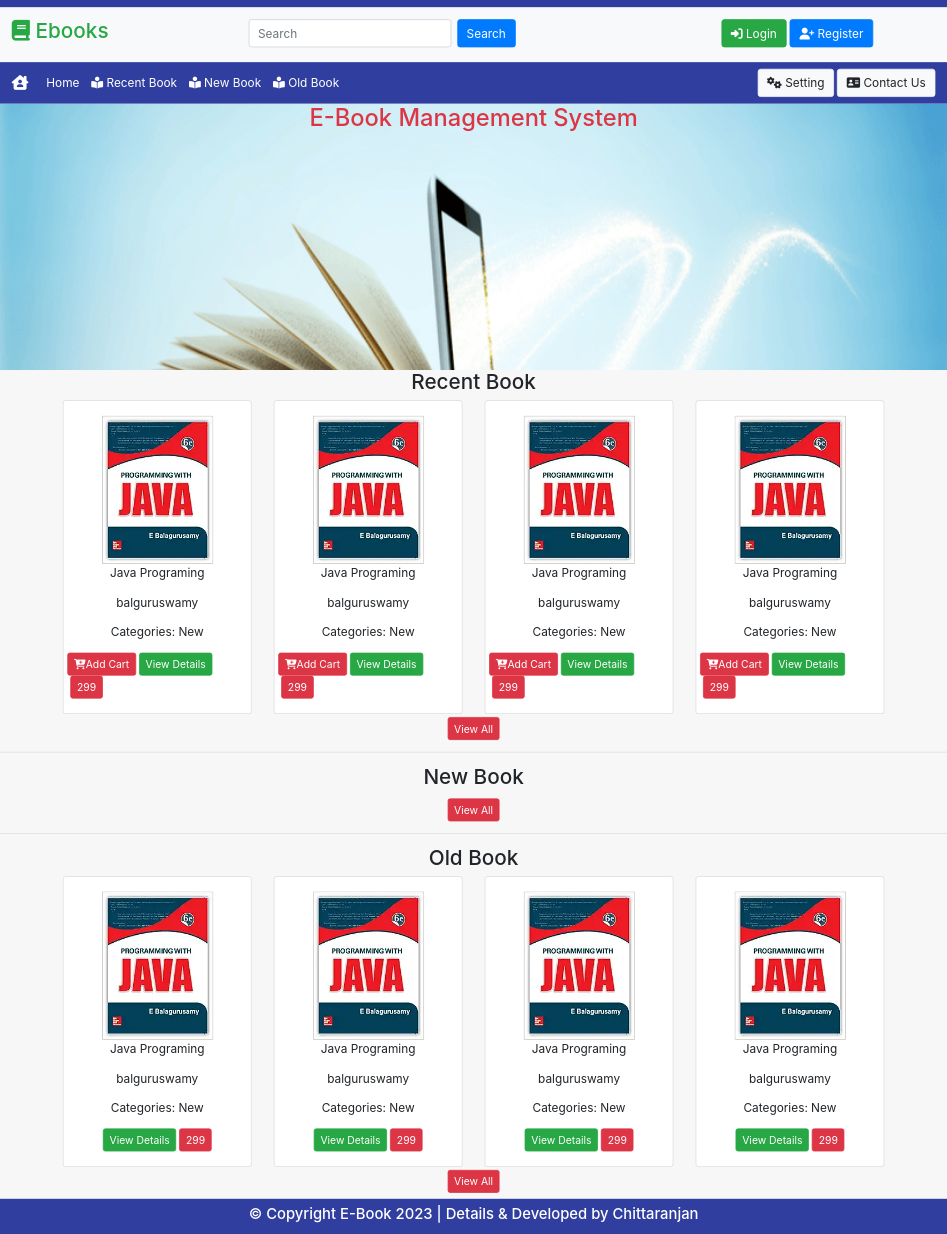
Repository: chittaranjan24/E-Books_Management_System
Page: http://localhost/Ebook-App/
These files come from the project's save history. The page is drawn as it stood at one moment and after the next save; the edit follows.
The browser window is 1280 px wide. The pictures show the whole page, at 74% of full size.
Some web libraries are served in a nearby version. The page is served by Tomcat 9. Other server files are loaded and not shown. Queries for data that is not in the repository find no rows.

Above is the page before, as saved 2023-08-28 19:25:37.

### Ebook-App/src/main/webapp/index.jsp
<%@page import="com.entity.BookDtls"%>
<%@page import="java.util.List"%>
<%@page import="com.DAO.BookDAOImpl"%>
<%@page import="com.DB.DBConnect"%>
<%@page import="java.sql.Connection"%>
<%@ page language="java" contentType="text/html; charset=UTF-8"
	pageEncoding="UTF-8"%>
<!DOCTYPE html>
<html>
<head>
<meta charset="UTF-8">
<title>Ebook: Index</title>
<%@include file="all_component/allCss.jsp"%>
<style type="text/css">
.back-img {
	background: url("img/img1.jpg");
	height: 50vh;
	width: 100%;
	background-repeat: no-repeat;
	background-size: cover;
}

.crd-ho:hover {
	background-color: #fcf7f7;
}
</style>
</head>
<body style="background-color: #f7f7f7;">
	<%@include file="all_component/navbar.jsp"%>
	<div class="container-fluid back-img">
		<h2 class="text-center text-danger">E-Book Management System</h2>
	</div>


	<!-- Start Recent Book -->

	<div class="container">
		<h3 class="text-center">Recent Book</h3>
		<div class="row">
			<div class="col-md-3">
				<div class="card crd-ho">
					<div class="card-body text-center">
						<img alt="" src="img/b.jpg" style="width: 150px; height: 200px"
							class="img-thumblin">
						<p>Java Programing</p>
						<p>balguruswamy</p>
						<p>Categories: New</p>
						<div class="row">
							<a href="" class="btn btn-danger btn-sm ml=2"><i
								class="fa-solid fa-cart-plus"></i>Add Cart</a> <a href=""
								class="btn btn-success btn-sm ml-1">View Details</a> <a href=""
								class="btn btn-danger btn-sm ml-1">299</a>
						</div>
					</div>
				</div>
			</div>

			<div class="col-md-3">
				<div class="card crd-ho">
					<div class="card-body text-center">
						<img alt="" src="img/b.jpg" style="width: 150px; height: 200px"
							class="img-thumblin">
						<p>Java Programing</p>
						<p>balguruswamy</p>
						<p>Categories: New</p>
						<div class="row">
							<a href="" class="btn btn-danger btn-sm ml=2"><i
								class="fa-solid fa-cart-plus"></i>Add Cart</a> <a href=""
								class="btn btn-success btn-sm ml-1">View Details</a> <a href=""
								class="btn btn-danger btn-sm ml-1">299</a>
						</div>
					</div>
				</div>
			</div>

			<div class="col-md-3">
				<div class="card crd-ho">
					<div class="card-body text-center">
						<img alt="" src="img/b.jpg" style="width: 150px; height: 200px"
							class="img-thumblin">
						<p>Java Programing</p>
						<p>balguruswamy</p>
						<p>Categories: New</p>
						<div class="row">
							<a href="" class="btn btn-danger btn-sm ml=2"><i
								class="fa-solid fa-cart-plus"></i>Add Cart</a> <a href=""
								class="btn btn-success btn-sm ml-1">View Details</a> <a href=""
								class="btn btn-danger btn-sm ml-1">299</a>
						</div>
					</div>
				</div>
			</div>

			<div class="col-md-3">
				<div class="card crd-ho">
					<div class="card-body text-center">
						<img alt="" src="img/b.jpg" style="width: 150px; height: 200px"
							class="img-thumblin">
						<p>Java Programing</p>
						<p>balguruswamy</p>
						<p>Categories: New</p>
						<div class="row">
							<a href="" class="btn btn-danger btn-sm ml=2"><i
								class="fa-solid fa-cart-plus"></i>Add Cart</a> <a href=""
								class="btn btn-success btn-sm ml-1">View Details</a> <a href=""
								class="btn btn-danger btn-sm ml-1">299</a>
						</div>
					</div>
				</div>
			</div>

		</div>

		<div class="text-center mt-1">
			<a href="" class="btn btn-danger btn-sm text-white">View All</a>
		</div>

	</div>

	<!-- End Recent Book -->

	<hr>

	<!-- Start New Book -->

	<div class="container">
		<h3 class="text-center">New Book</h3>
		<div class="row">

				<%
				BookDAOImpl dao = new BookDAOImpl(DBConnect.getConn());
				List<BookDtls> list = dao.getNewBook();
				for (BookDtls b : list) {
				%>

				<div class="col-md-3">
				<div class="card crd-ho">
					<div class="card-body text-center">
						<img alt="" src="book/<%=b.getPhotoName() %>" style="width: 150px; height: 200px"
							class="img-thumblin">
						<p><%=b.getBookName() %></p>
						<p><%=b.getAuthor() %></p>
						<p>Categories: <%=b.getStatus() %></p>
						<div class="row">
							<a href="" class="btn btn-danger btn-sm ml=2">
							<i class="fa-solid fa-cart-plus"></i>Add Cart</a>
							 <a href="" class="btn btn-success btn-sm ml-1">View Details</a>
							 <a href="" class="btn btn-danger btn-sm ml-1"><%=b.getPrice() %></a>
						</div>
					</div>
				</div>
				</div>

				<%
				}
				%>

		</div>

		<div class="text-center mt-1">
			<a href="" class="btn btn-danger btn-sm text-white">View All</a>
		</div>

	</div>

	<!-- End New Book -->

	<hr>

	<!-- Start Old Book -->

	<div class="container">
		<h3 class="text-center">Old Book</h3>
		<div class="row">
			<div class="col-md-3">
				<div class="card crd-ho">
					<div class="card-body text-center">
						<img alt="" src="img/b.jpg" style="width: 150px; height: 200px"
							class="img-thumblin">
						<p>Java Programing</p>
						<p>balguruswamy</p>
						<p>Categories: New</p>
						<div class="row">
							<a href="" class="btn btn-success btn-sm ml-5">View Details</a> <a
								href="" class="btn btn-danger btn-sm ml-1">299</a>
						</div>
					</div>
				</div>
			</div>

			<div class="col-md-3">
				<div class="card crd-ho">
					<div class="card-body text-center">
						<img alt="" src="img/b.jpg" style="width: 150px; height: 200px"
							class="img-thumblin">
						<p>Java Programing</p>
						<p>balguruswamy</p>
						<p>Categories: New</p>
						<div class="row">
							<a href="" class="btn btn-success btn-sm ml-5">View Details</a> <a
								href="" class="btn btn-danger btn-sm ml-1">299</a>
						</div>
					</div>
				</div>
			</div>

			<div class="col-md-3">
				<div class="card crd-ho">
					<div class="card-body text-center">
						<img alt="" src="img/b.jpg" style="width: 150px; height: 200px"
							class="img-thumblin">
						<p>Java Programing</p>
						<p>balguruswamy</p>
						<p>Categories: New</p>
						<div class="row">
							<a href="" class="btn btn-success btn-sm ml-5">View Details</a> <a
								href="" class="btn btn-danger btn-sm ml-1">299</a>
						</div>
					</div>
				</div>
			</div>

			<div class="col-md-3">
				<div class="card crd-ho">
					<div class="card-body text-center">
						<img alt="" src="img/b.jpg" style="width: 150px; height: 200px"
							class="img-thumblin">
						<p>Java Programing</p>
						<p>balguruswamy</p>
						<p>Categories: New</p>
						<div class="row">
							<a href="" class="btn btn-success btn-sm ml-5">View Details</a> <a
								href="" class="btn btn-danger btn-sm ml-1">299</a>
						</div>
					</div>
				</div>
			</div>

		</div>

		<div class="text-center mt-1">
			<a href="" class="btn btn-danger btn-sm text-white">View All</a>
		</div>

	</div>

	<!-- End Old Book -->

	<%@include file="all_component/footer.jsp"%>

</body>
</html>

### Ebook-App/src/main/webapp/all_component/allCss.jsp
<link rel="stylesheet"
	href="https://cdn.jsdelivr.net/npm/bootstrap@4.0.0/dist/css/bootstrap.min.css"
	integrity="sha384-Gn5384xqQ1aoWXA+058RXPxPg6fy4IWvTNh0E263XmFcJlSAwiGgFAW/dAiS6JXm"
	crossorigin="anonymous">


<script src="https://code.jquery.com/jquery-3.2.1.slim.min.js"
	integrity="sha384-KJ3o2DKtIkvYIK3UENzmM7KCkRr/rE9/Qpg6aAZGJwFDMVNA/GpGFF93hXpG5KkN"
	crossorigin="anonymous"></script>
<script
	src="https://cdn.jsdelivr.net/npm/popper.js@1.12.9/dist/umd/popper.min.js"
	integrity="sha384-ApNbgh9B+Y1QKtv3Rn7W3mgPxhU9K/ScQsAP7hUibX39j7fakFPskvXusvfa0b4Q"
	crossorigin="anonymous"></script>
<script
	src="https://cdn.jsdelivr.net/npm/bootstrap@4.0.0/dist/js/bootstrap.min.js"
	integrity="sha384-JZR6Spejh4U02d8jOt6vLEHfe/JQGiRRSQQxSfFWpi1MquVdAyjUar5+76PVCmYl"
	crossorigin="anonymous"></script>


<link rel="stylesheet"
	href="https://cdnjs.cloudflare.com/ajax/libs/font-awesome/6.4.2/css/all.min.css"
	integrity="sha512-z3gLpd7yknf1YoNbCzqRKc4qyor8gaKU1qmn+CShxbuBusANI9QpRohGBreCFkKxLhei6S9CQXFEbbKuqLg0DA=="
	crossorigin="anonymous" referrerpolicy="no-referrer" />


<link rel="stylesheet" href="all_component/style.css">

### Ebook-App/src/main/webapp/all_component/navbar.jsp
<%@ taglib prefix="c" uri="http://java.sun.com/jsp/jstl/core"%>
<%@page isELIgnored="false" %>

<div class="container-fluid"
	style="height: 10px; background-color: #303f9f"></div>

<div class="container-fluid p-3 bg-light">
	<div class="row">
		<div class="col-md-3 text-success">
			<h3>
				<i class="fa-solid fa-book"></i> Ebooks
			</h3>
		</div>
		<div class="col-md-6">
			<form class="form-inline my-2 my-lg-0" action="search.jsp" method="post">
				<input class="form-control mr-sm-2" type="search" name="ch"
					placeholder="Search" aria-label="Search">
				<button class="btn btn-primary my-2 my-sm-0" type="submit">Search</button>
			</form>
		</div>

		<c:if test="${not empty userobj }">

		<div class="col-md-3">

		<a href="checkout.jsp"><i class="fa-solid fa-cart-arrow-down fa-2x"></i></a>

			<button class="btn btn-success">
			<i class="fa-solid fa-circle-user"></i> ${userobj.name}</button>

			<a href="logout" class="btn btn-primary text-white">
			<i class="fa-solid fa-power-off"></i> Logout</a>
		</div>

		</c:if>

		<c:if test="${empty userobj }">

		<div class="col-md-3">
			<a href="login.jsp" class="btn btn-success"><i
				class="fa-solid fa-right-to-bracket"></i> Login</a> <a
				href="register.jsp" class="btn btn-primary text-white"><i
				class="fa-solid fa-user-plus"></i> Register</a>
		</div>

		</c:if>


	</div>
</div>


<nav class="navbar navbar-expand-lg navbar-dark bg-custom">
	<a class="navbar-brand" href="index.jsp"> <i
		class="fa-solid fa-house-chimney-user"></i>
	</a>
	<button class="navbar-toggler" type="button" data-toggle="collapse"
		data-target="#navbarSupportedContent"
		aria-controls="navbarSupportedContent" aria-expanded="false"
		aria-label="Toggle navigation">
		<span class="navbar-toggler-icon"></span>
	</button>

	<div class="collapse navbar-collapse" id="navbarSupportedContent">
		<ul class="navbar-nav mr-auto">
			<li class="nav-item active"><a class="nav-link" href="index.jsp">Home
					<span class="sr-only">(current)</span>
			</a></li>
			<li class="nav-item active"><a class="nav-link" href="all_recent_book.jsp"> <i
					class="fa-solid fa-book-open-reader"></i> Recent Book
			</a></li>
			<li class="nav-item active"><a class="nav-link" href="all_new_book.jsp"> <i
					class="fa-solid fa-book-open-reader"></i> New Book
			</a></li>

			<li class="nav-item active"><a class="nav-link disabled"
				href="all_old_book.jsp"> <i class="fa-solid fa-book-open-reader"></i> Old Book
			</a></li>
		</ul>
		<form class="form-inline my-2 my-lg-0">

			<a href="setting.jsp" class="btn btn-light my-2 my-sm-0" type="submit">
				<i class="fa-solid fa-gears"></i> Setting
			</a>
			<a href="helpline.jsp" class="btn btn-light my-2 my-sm-0 ml-1" type="submit">
				<i class="fa-solid fa-address-card"></i> Contact Us
			</a>

		</form>
	</div>
</nav>

### Ebook-App/src/main/webapp/all_component/footer.jsp
<div class="container-fluid text-center text-white p-2 mt-2"
	style="background-color: #303f9f;">
	<h5>&copy; Copyright E-Book 2023 | Details &amp; Developed by Chittaranjan</h5>
</div>

### Ebook-App/src/main/java/com/DAO/BookDAO.java
package com.DAO;

import java.util.ArrayList;
import java.util.List;

import com.entity.BookDtls;

public interface BookDAO {

	public boolean addBooks(BookDtls b);

	public List<BookDtls> getAllBooks();

	public BookDtls getBookById(int id);

	public boolean updateEditBooks(BookDtls b);

	public boolean deleteBooks(int id);

	public List<BookDtls> getNewBook();

	public List<BookDtls> getRecentBooks();

	public List<BookDtls> getOldooks();

	public List<BookDtls> getAllRecentBooks();

	public List<BookDtls> getAllNewBooks();

	public List<BookDtls> getAllOldBooks();

	public List<BookDtls> getBookByOld(String email, String cate);

	public boolean oldBookDelete(String email, String cate, int id);

	public List<BookDtls> getBookBySeech(String ch);

}

### Ebook-App/src/main/java/com/DB/DBConnect.java
package com.DB;

import java.sql.Connection;
import java.sql.DriverManager;

public class DBConnect {

	private static Connection conn;

	public static Connection getConn() {

		try {

			Class.forName("com.mysql.cj.jdbc.Driver");
			conn=DriverManager.getConnection("jdbc:mysql://localhost:3306/ebook-app","root","root");

		} catch (Exception e) {
			e.printStackTrace();
		}

		return conn;

	}
}

### Ebook-App/src/main/webapp/all_component/style.css
.bg-custom{
	background-color: #303f9f;
}

.navbar .nav-item:hover .nav-link {
	background-color: white;
	color: #303f9f;
	border-radius: 15px;
}

Loaded but not shown: Ebook-App/src/main/java/com/DAO/BookDAOImpl.java (457 lines, source omitted)

After the next save:
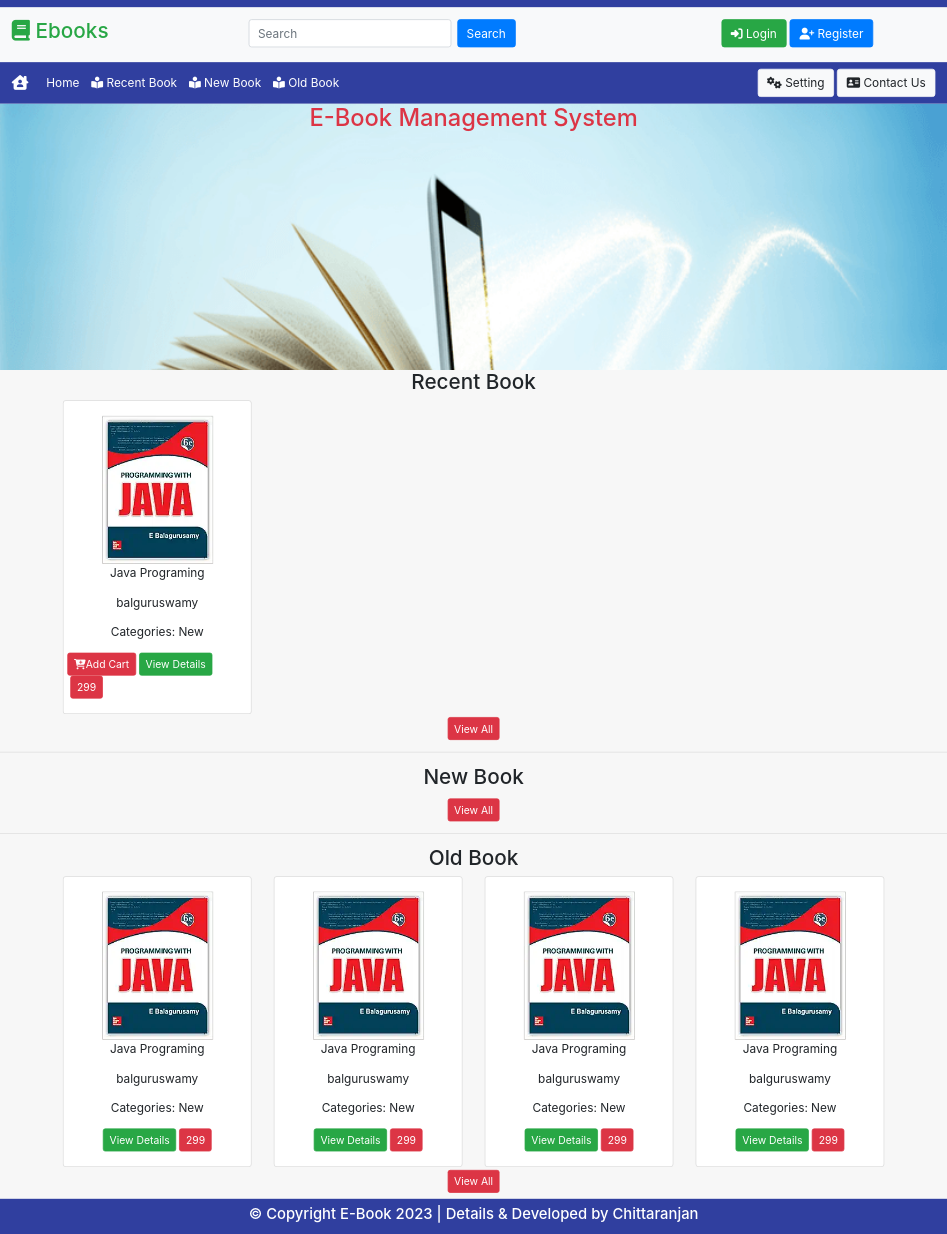
Saved 15 min 29 s later.
--- a/Ebook-App/src/main/webapp/index.jsp
+++ b/Ebook-App/src/main/webapp/index.jsp
@@ -37,59 +37,11 @@
 	<div class="container">
 		<h3 class="text-center">Recent Book</h3>
 		<div class="row">
-			<div class="col-md-3">
-				<div class="card crd-ho">
-					<div class="card-body text-center">
-						<img alt="" src="img/b.jpg" style="width: 150px; height: 200px"
-							class="img-thumblin">
-						<p>Java Programing</p>
-						<p>balguruswamy</p>
-						<p>Categories: New</p>
-						<div class="row">
-							<a href="" class="btn btn-danger btn-sm ml=2"><i
-								class="fa-solid fa-cart-plus"></i>Add Cart</a> <a href=""
-								class="btn btn-success btn-sm ml-1">View Details</a> <a href=""
-								class="btn btn-danger btn-sm ml-1">299</a>
-						</div>
-					</div>
-				</div>
-			</div>
-
-			<div class="col-md-3">
-				<div class="card crd-ho">
-					<div class="card-body text-center">
-						<img alt="" src="img/b.jpg" style="width: 150px; height: 200px"
-							class="img-thumblin">
-						<p>Java Programing</p>
-						<p>balguruswamy</p>
-						<p>Categories: New</p>
-						<div class="row">
-							<a href="" class="btn btn-danger btn-sm ml=2"><i
-								class="fa-solid fa-cart-plus"></i>Add Cart</a> <a href=""
-								class="btn btn-success btn-sm ml-1">View Details</a> <a href=""
-								class="btn btn-danger btn-sm ml-1">299</a>
-						</div>
-					</div>
-				</div>
-			</div>
-
-			<div class="col-md-3">
-				<div class="card crd-ho">
-					<div class="card-body text-center">
-						<img alt="" src="img/b.jpg" style="width: 150px; height: 200px"
-							class="img-thumblin">
-						<p>Java Programing</p>
-						<p>balguruswamy</p>
-						<p>Categories: New</p>
-						<div class="row">
-							<a href="" class="btn btn-danger btn-sm ml=2"><i
-								class="fa-solid fa-cart-plus"></i>Add Cart</a> <a href=""
-								class="btn btn-success btn-sm ml-1">View Details</a> <a href=""
-								class="btn btn-danger btn-sm ml-1">299</a>
-						</div>
-					</div>
-				</div>
-			</div>
+
+		<%
+		BookDAOImpl dao2=new BookDAOImpl(DBConnect.getConn());
+
+		%>
 
 			<div class="col-md-3">
 				<div class="card crd-ho">
